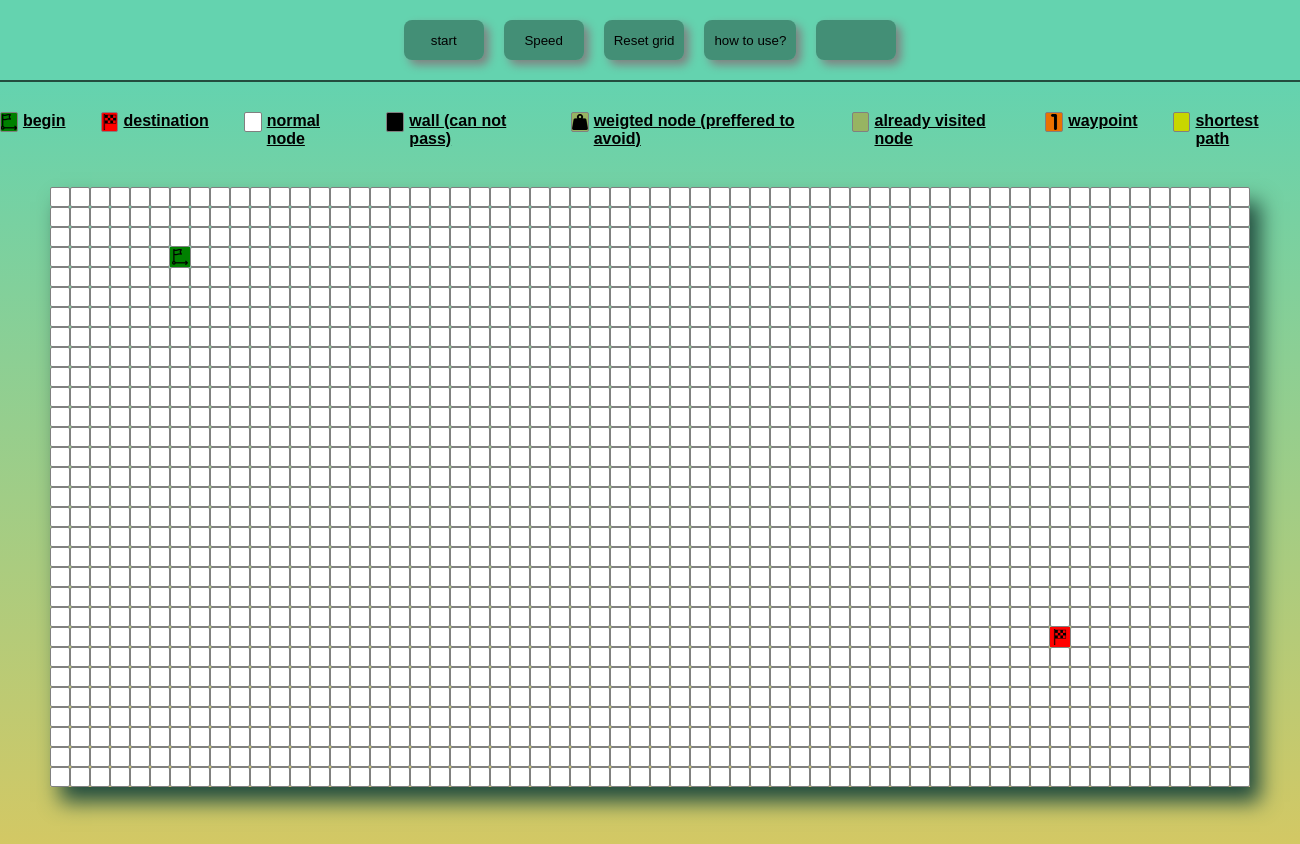
Repository: Daan-v-Berkel/PancakeFear.github.io
Page: index.html
The author's editor kept a copy of each file at every save. The page is drawn from the files as they stood at one save, then again after the next save.
The browser window is 1280 px wide. The page is 1300 px wide, so the pictures cover 1300 px, including what lies to the right of the window. The pictures show the whole page.
Some web fonts or font styles are not loaded; a fallback is used.

Above is the page before, as saved 2021-11-10 23:31:58.

### index.html
<!doctype html>

<html lang="en">
<head>
  <meta charset="utf-8">
  <meta name="viewport" content="width=device-width, initial-scale=1">

  <title>Pathfinder Visualizer</title>
  <meta name="description" content="A pathfinder algorithm visualizer">
  <meta name="author" content="DaanvB">

  <meta property="og:title" content="Pathfinding visualizer">
  <meta property="og:type" content="website">
  <meta property="og:description" content="A pathfinder algorithm visualizer">

  <link rel="stylesheet" href="Style.css">
  <link rel="preconnect" href="https://fonts.googleapis.com">
  <link rel="preconnect" href="https://fonts.gstatic.com" crossorigin>
  <link href="https://fonts.googleapis.com/css2?family=Glory&display=swap" rel="stylesheet">
  <script src="Node_class.js"></script>
  <script src="Grid_class.js"></script>
  <script src="Helper_methods.js"></script>
  <script src="Algorithms.js"></script>
</head>

<body onload="createGrid()" onmouseup="mouseUpHandler()">
    <div class="header">
      <button type="button" class="header-btn" onclick="startAlgorithm(grid)">start</button>
      <div class="dropdown-box">
        <button class="header-btn" id="dropdown-btn">Speed</button>
        <div class="dropdown-content">
          <p class="dropdown-select" onclick="SelectSpeed(this)">slow</p>
          <p class="dropdown-select" onclick="SelectSpeed(this)">medium</p>
          <p class="dropdown-select" onclick="SelectSpeed(this)">fast</p>
          <p class="dropdown-select" onclick="SelectSpeed(this)">no delay</p>
        </div>
      </div>
      <div class="dropdown-box">
        <button class="header-btn" id="dropdown-btn" onmousedown="ResetGrid(grid)">Reset grid</button>
        <div class="dropdown-content">
          <span class="dropdown-select reset" id="startnode-reset" onclick="HandleResets(this)">
            <p><div class="explanation startnode dropdown"></div>begin</p><span id="startnode-reset-inner"></span>
          </span>
          <span class="dropdown-select reset"  id="endnode-reset" onclick="HandleResets(this)">
            <p><div class="explanation endnode dropdown"></div>end</p><span id="endnode-reset-inner"></span>
          </span>
          <span class="dropdown-select reset"  id="waypoint-reset" onclick="HandleResets(this)">
            <p><div class="explanation waypoint one dropdown"></div>waypoints</p><span id="waypoint-reset-inner"></span>
          </span>
          <span class="dropdown-select reset"  id="wall-reset" onclick="HandleResets(this)">
            <p><div class="explanation node wall dropdown"></div>walls</p><span id="wall-reset-inner"></span>
          </span>
          <span class="dropdown-select reset"  id="weighted-reset" onclick="HandleResets(this)">
            <p><div class="explanation weighted dropdown"></div>weights</p><span id="weighted-reset-inner"></span>
          </span>
        </div>
      </div>
      <button id="popup-btn" class="header-btn">how to use?</button>
        <div id="popup" class="popup-instructions">
          <div class="popup-content">
            <span class="close">&times;</span>
            <h1>How does it work?</h1>
            <p class="instruction-text">
              <img src="images/instruction.png" id="instruction-img" width="200" height="200">
              left click can be used to place and remove walls. <br>
              click and drag an empty (white) node to create walls. <br>
              click and drag a wall to create empty nodes.
              <br><br>
              rightclick and drag to create weights. <br><br>
              click the middle mouse button to create up to 3 waypoints.
            </p>

          </div>
        </div>
        <button type="button" class="header-btn" onclick="window.open('https://github.com/PancakeFear/PancakeFear.github.io', '_blank'); return flase;"></button>
      <!--<button type="button" class="header-btn" onclick="demo()">test</button>-->
    </div>
    <!--<div>Icons made by <a href="https://www.freepik.com" title="Freepik">Freepik</a> from <a href="https://www.flaticon.com/" title="Flaticon">www.flaticon.com</a></div>-->
    <div class="hero">
      <div class="explanations">
        <div name="begin" class="explanation startnode"></div><label for="begin">begin</label>
        <div name="dest" class="explanation endnode"></div><label for="dest">destination</label>
        <div name="node" class="explanation node"></div><label for="node">normal node</label>
        <div name="wall" class="explanation node wall"></div><label for="wall">wall (can not pass)</label>
        <div name="weight" class="explanation node weighted"></div><label for="weight">weigted node (preffered to avoid)</label>
        <div name="visit" class="explanation node visited"></div><label for="visit">already visited node</label>
        <div name="waypoint" class="explanation node waypoint one"></div><label for="waypoint">waypoint</label>
        <div name="shortest" class="explanation node shortest"></div><label for="shortest">shortest path</label>
      </div>
        <div id='grid'>

        </div>
    </div>
    <script src="script.js"></script>
</body>
</html>

### Style.css
* {
  font-family: "Glory", sans-serif !important;
}

html {
  height: 100%;
  min-height: fit-content;
  min-width: calc(1200px + 100px);
  margin: 0;
}
body {
  height: calc(100% - 82px);
  min-height: 682px;
  min-width: fit-content;
  margin: 0;
}

.hero {
  height: 100%;
  padding-top: 80px;
  background: linear-gradient(rgb(100, 211, 175), rgb(211, 200, 100));
}

#grid {
  height: 600px;
  width: 1200px;
  margin-left: auto;
  margin-right: auto;
  display: grid;
  grid-template-columns: repeat(auto-fill, 20px);
  grid-template-rows: repeat(auto-fill, 20px);
  box-shadow: 10px 15px 20px rgb(35, 77, 63);
}

/* .once {
  background: no-repeat url("images/dot.png");
  background-size: 4px 4px;
  background-position-x: 1px;
  background-position-y: 1px;
} */

.twice {
  /* background: no-repeat url("images/dot.png"), no-repeat url("images/dot.png"); */
  filter: brightness(80%);
  /* background-size: 4px 4px;
  background-position-x: 1px, 13px;
  background-position-y: 1px, 1px; */
}
.thrice {
  /* background: no-repeat url("images/dot.png"), no-repeat url("images/dot.png"),
    no-repeat url("images/dot.png"); */
  filter: brightness(60%);
  /* background-size: 4px 4px;
  background-position-x: 1px, 13px, 1px;
  background-position-y: 1px, 1px, 13px; */
}

.quadrice {
  /* background: no-repeat url("images/dot.png"), no-repeat url("images/dot.png"),
    no-repeat url("images/dot.png"), no-repeat url("images/dot.png"); */
  filter: brightness(40%);
  /* background-size: 4px 4px;
  background-position-x: 1px, 13px, 1px, 13px;
  background-position-y: 1px, 1px, 13px, 13px; */
}

.node {
  height: 18px;
  width: 18px;
  background-color: white;
  border: 1px solid grey;
  border-radius: 2px;
  cursor: pointer;
  transition: 0.6s ease-out;
}

.explanation {
  height: 18px;
  width: 18px;
  background-color: white;
  border: 1px solid grey;
  border-radius: 2px;
}

.wall {
  background-color: black;
}

.weighted {
  background: no-repeat url("images/weight.png") rgb(151, 180, 98);
  background-size: 16px 16px;
  background-position-x: center;
  background-position-y: center;
  animation-name: weights;
  animation-duration: 0.6s;
}

.visited {
  background-color: rgb(151, 180, 98);
}
.shortest {
  background-color: rgb(200, 214, 0);
}

@keyframes weights {
  from {
    background-position-y: -20px;
  }
  to {
    background-position-y: center;
  }
}

/* .node.weighted.visited {
  background-color: rgba(255, 255, 255, 0.199);
} */

.weighted.visited.shortest {
  background-color: rgb(228, 236, 110);
}

.startnode {
  background: no-repeat url("images/start-point.png") green;
  background-size: 16px 16px;
  background-position-x: center;
  background-position-y: center;
  cursor: pointer;
}
.endnode {
  background: no-repeat url("images/finish-flag.png") red;
  background-size: 16px 16px;
  background-position-x: center;
  background-position-y: center;
  cursor: pointer;
}

.waypoint.one {
  background: no-repeat url("images/one.png") rgb(235, 113, 0);
  background-size: 16px 16px;
  background-position-x: center;
  background-position-y: center;
}

.waypoint.two {
  background: no-repeat url("images/two.png") rgb(235, 113, 0);
  background-size: 16px 16px;
  background-position-x: center;
  background-position-y: center;
}

.waypoint.three {
  background: no-repeat url("images/three.png") rgb(235, 113, 0);
  background-size: 16px 16px;
  background-position-x: center;
  background-position-y: center;
}

.header {
  height: 80px;
  width: 100%;
  background-color: rgb(100, 211, 175);
  border-bottom: 2px solid rgb(35, 77, 63);
  display: flex;
  flex-direction: row;
  justify-content: center;
  align-items: center;
  column-gap: 20px;
}

.header-btn {
  height: 40px;
  min-width: 80px;
  align-items: center;
  background: rgba(35, 77, 63, 0.5);
  border: none;
  border-radius: 8px;
  box-shadow: 5px 5px 10px grey;
  cursor: pointer;
  padding: 0 10px;
}

.header-btn > a {
  text-decoration: none;
}

.explanations {
  width: fit-content;
  height: 25px;
  position: relative;
  top: -50px;
  left: 50%;
  right: auto;
  transform: translate(-50%, 0);
  display: flex;
  flex-direction: row;
  column-gap: 20px;
}
.explanation {
  animation: none;
  cursor: default;
}
.explanation.dropdown {
  cursor: pointer;
  margin-right: 8px;
}

label {
  font-weight: bold;
  text-decoration: underline;
  position: relative;
  left: -15px;
}

.dropdown-content {
  display: none;
  position: absolute;
  background: rgba(68, 144, 119, 255);
  min-width: 90px;
  box-shadow: 5px 5px 10px grey;
  border-radius: 0px 10px 10px 10px;
  z-index: 1;
}

.dropdown-box:hover #dropdown-btn {
  border-radius: 8px 8px 0px 0px;
  height: 48px;
  transform: translate(0, 4px);
  padding-bottom: 8px;
}

.dropdown-box:hover .dropdown-content {
  display: flex;
  flex-direction: column;
  align-items: center;
}

.dropdown-select {
  width: 90px;
  height: 100%;
  margin: 0px;
  color: black;
  padding: 12px 16px;
  text-decoration: none;
  display: block;
  cursor: pointer;
}
.dropdown-select::before {
  content: "";
  background: rgb(100, 211, 175);
  position: absolute;
  margin-top: -13px;
  left: 10px;
  right: 10px;
  height: 1px;
  width: 80%;
}
.dropdown-select.reset::before {
  margin-top: -40px;
}
.dropdown-select.reset {
  width: 110px;
  height: 1em;
  display: flex;
  flex-direction: row;
  align-items: center;
}
.dropdown-select.reset > span {
  position: absolute;
  right: 0;
  margin: 0 15px;
}

.dropdown-select:first-child {
  border-radius: 0px 10px 0px 0px;
}
.dropdown-select:first-child::before {
  background: transparent;
}

.dropdown-select:last-child {
  border-radius: 0px 0px 10px 10px;
}

.dropdown-select:hover {
  background: rgb(53, 109, 90);
}

.popup-instructions {
  display: none;
  position: fixed;
  z-index: 1;
  left: 0;
  top: 0;
  width: 100%;
  height: 100%;
  /*overflow: auto;*/
  background-color: rgb(0, 0, 0);
  background-color: rgba(0, 0, 0, 0.4);
}

/* Modal Content/Box */
.popup-content {
  background: linear-gradient(rgb(100, 211, 175), rgb(211, 200, 100));
  margin: auto;
  margin-top: 10%;
  padding: 20px;
  border: 1px solid #888;
  border-radius: 20px;
  width: fit-content;
  height: fit-content;
  min-height: 300px;
  min-width: 20%;
}

.close {
  position: relative;
  top: -20px;
  color: #aaa;
  float: right;
  font-size: 41px;
  font-weight: bold;
}

.close:hover,
.close:focus {
  color: black;
  text-decoration: none;
  cursor: pointer;
}

#instruction-img {
  float: right;
  margin-left: 5%;
}

### Node_class.js
class GridNode {
  // Base class for nodes, each representing 'backend' of the visual block
  constructor(id, status){
    this.id = id;
    this.status = status;// node, startnode, endnode, visited, weighted, shortest, wall, waypoint(one, two, three).
    this.previousNode = null;
    this.visited = false;
    this.path = null;
    this.direction = null;
    this.storedDirection = null;
    this.distance = Infinity;
    this.totalDistance = Infinity;
    this.heuristicDistance = null;
    this.weight = 0;
    this.relatesToObject = false;
    this.overwriteObjectRelation = false;
  }

  softReset(){//soft reset, for multiple waypoints
    //this.status = 'node';
    this.previousNode = null;
    this.path = null;
    this.visited = false;
    this.direction = null;
    this.storedDirection = null;
    this.distance = Infinity;
    this.totalDistance = Infinity;
    this.heuristicDistance = null;
    //this.weight = 0;
    this.relatesToObject = false;
    this.overwriteObjectRelation = false;
  }

  addStatus(s){
    this.status = `${this.status} ${s}`;
  }

  overwriteStatus(s){
    this.status = `node ${s}`;
  }

  removeStatus(s){
    var toRemove = ' ' + s;
    var currentStatus = this.status;
    var newStatus = currentStatus.replace(toRemove, '');
    this.status = newStatus
  }
}

### Grid_class.js
class Grid {
    // Base class for the grid, as 'backend' to the visual grid.
    constructor(col, rows){
      this.columns = col;
      this.rows = rows;
      this.start = null;
      this.end = null;
      this.active = false;
      this.nodes = [];
      this.waypoints = [];
      this.mousePressed = false;
      this.pressedNodeStatus = null;
      this.currentNode = null;
      this.previousNode = null;
      this.enteredSpecialNode = false;
      this.speed = 100;
      this.weightNumber = 3;
    }
  // gets a node from the created nodes in the grid
    getNode(id){
      var coordinates = id.toString().split(',');
      var row = parseInt(coordinates[0]);
      var col = parseInt(coordinates[1]);
      return this.nodes[row][col];
    }
  // resets a node to its original state, visually this means it will become empty or white.
    resetNode(n){//hard reset
      n.status = 'node';
      n.previousNode = null;
      n.path = null;
      n.visited = false;
      n.direction = null;
      n.storedDirection = null;
      n.distance = Infinity;
      n.totalDistance = Infinity;
      n.heuristicDistance = null;
      n.weight = 0;
      n.relatesToObject = false;
      n.overwriteObjectRelation = false;
    }

    findNodesByStatus(status){
      var nodesFound = [];

      for (var r in this.nodes){
        for (var n in r){
          if (n.status.includes(status)){
            nodesFound.push(n);
          }
        }
      }
      return nodesFound;
    }

    addWaypoint(wpNode, replaceIndex=null){
      var lostWP = null;
      var indexToString = null;
      if (wpNode && !replaceIndex){
        this.waypoints.push(wpNode)
      }else{
        var i = this.waypoints.indexOf(wpNode);
        this.waypoints.splice(i, 1, wpNode)
      }
      if (this.waypoints.length > 3){
        lostWP = this.waypoints.shift();
        lostWP.status = 'node';
      }
      for (var i in this.waypoints){
        switch(i){
          case '0':
            indexToString = 'one';
            this.waypoints[i].status = `node waypoint one`;
            break;
          case '1':
            indexToString = 'two';
            this.waypoints[i].status = `node waypoint two`;
            break;
          case '2':
            indexToString = 'three';
            this.waypoints[i].status = `node waypoint three`;
            break;
          default:
            console.log(i);
        }
        //this.waypoints[i].status = `node waypoint ${indexToString}`;
      }
      //console.log(this.waypoints);
      if(lostWP){return lostWP.id;}
    }

    removeWaypoint(wpNode){
      var index = this.waypoints.indexOf(wpNode);
      var nodeToRemove = this.waypoints[index];
      var indexToString = null;
      this.waypoints.splice(index, 1);
      nodeToRemove.status = 'node';
      for (var i in this.waypoints){
        switch(i){
          case '0':
            indexToString = 'one';
            this.waypoints[i].status = `node waypoint one`;
            break;
          case '1':
            indexToString = 'two';
            this.waypoints[i].status = `node waypoint two`;
            break;
          case '2':
            indexToString = 'three';
            this.waypoints[i].status = `node waypoint three`;
            break;
          default:
            console.log(i);
        }
        //this.waypoints[i].status = `node waypoint ${indexToString}`;
      }
      //return nodeToRemove.id;
    }
  }

### Algorithms.js

function startAlgorithm(grid){
    if (grid.active){
      return;
    }
    if (grid.algorithmFinished){
      grid.softReset();
    }

    Dijkstra(grid)

}


async function Dijkstra(grid){
  grid.active = true;
  let start = grid.start;
  let end = grid.end;
  let path = [];
  let drawSpeed = grid.speed;
  var gridDiv = document.getElementById('grid');
  path.push(start);
  var nodesToVisit = Array.from(grid.waypoints);
  nodesToVisit.push(end);
  var startPoints = [start].concat(grid.waypoints);
  console.log(startPoints);

  for (var i = 0; i < nodesToVisit.length; i++){
    var nodesToClearO = gridDiv.getElementsByClassName('visited');
    var nodesToClear = Array.from(nodesToClearO);
    for (var index=0; index < nodesToClear.length; index++){
      var div = nodesToClear[index];
      var id = div.id;
      var node = grid.getNode(id);
      node.softReset();
      div.className = node.status;
    }
    var priorityQueue = new PriorityQueue;
    var currentTarget = nodesToVisit[i];
    currentTarget.softReset();
    var currentStart = startPoints[i];
    currentStart.visited = true;
    currentStart.distance = 0;
    currentStart.totalDistance = 0;
    priorityQueue.enqueue(currentStart, currentStart.totalDistance);

    while (!priorityQueue.isEmpty()){

      var currentNode = priorityQueue.dequeue().element;
      if ((currentNode == currentTarget) && (currentTarget == end)){
        drawShortestPath(currentNode);
        grid.algorithmFinished = true;
        grid.active = false;
        return;
      }else if (currentNode == currentTarget){
        drawShortestPath(currentNode);
        break;
      }
      var currentNeighbours = getAllNeighbours(currentNode);

      for (var ind in currentNeighbours){
        var n = currentNeighbours[ind];
        n.visited = true;
        DrawVisited(n);
        priorityQueue.enqueue(n, n.totalDistance);
      }
      if (drawSpeed){
        await sleep(drawSpeed/10);
        drawSpeed = drawSpeed*0.999;
      }
    }
    if (priorityQueue.isEmpty()){
      console.log('failure');
      grid.algorithmFinished = true;
      grid.active = false;
      alert('either the start or end is unreachable.\nNo path can be found.');
      return;
    }
  }
}

Loaded but not shown: Helper_methods.js (238 lines, source omitted); script.js (232 lines, source omitted)

After the next save:
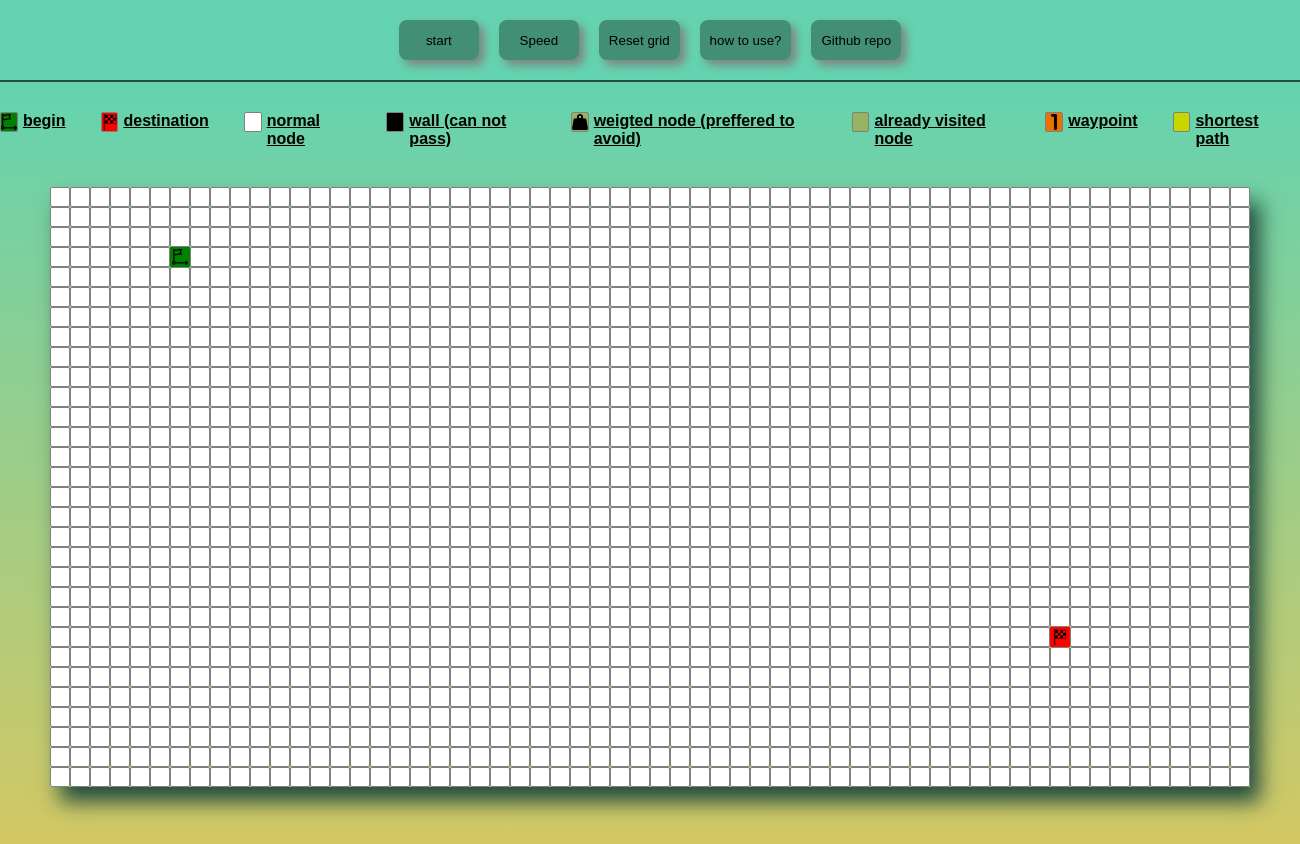
Saved 28 s later.
--- a/index.html
+++ b/index.html
@@ -72,7 +72,7 @@
 
           </div>
         </div>
-        <button type="button" class="header-btn" onclick="window.open('https://github.com/PancakeFear/PancakeFear.github.io', '_blank'); return flase;"></button>
+        <button type="button" class="header-btn" onclick="window.open('https://github.com/PancakeFear/PancakeFear.github.io', '_blank'); return flase;">Github repo</button>
       <!--<button type="button" class="header-btn" onclick="demo()">test</button>-->
     </div>
     <!--<div>Icons made by <a href="https://www.freepik.com" title="Freepik">Freepik</a> from <a href="https://www.flaticon.com/" title="Flaticon">www.flaticon.com</a></div>-->
